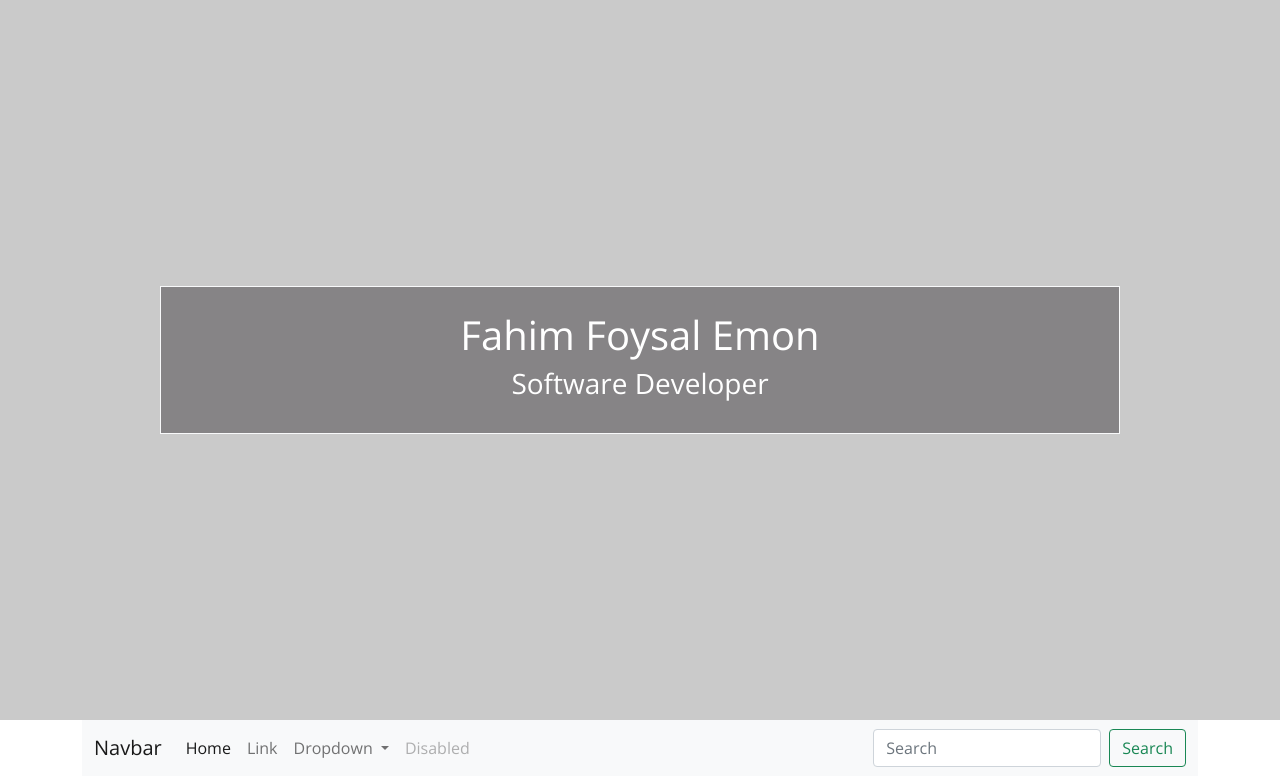
Repository: emowzz/emowzz.github.io
Page: index.html
These files come from the project's save history. The page is drawn as it stood at one moment and after the next save; the edit follows.
The browser window is 1280 px wide. The pictures show the whole page.
Some web libraries are served in a nearby version.

Above is the page before, as saved 2021-03-17 17:44:57.

### index.html
<!doctype html>
<html lang="en">
  <head>
    <!-- Required meta tags -->
    <meta charset="utf-8">
    <meta name="viewport" content="width=device-width, initial-scale=1">
    <link rel="shortcut icon" type="image/png" href="./Image/myImgZoom.jpg">
    <!-- Bootstrap CSS -->
    <link href="https://cdn.jsdelivr.net/npm/bootstrap@5.0.0-beta2/dist/css/bootstrap.min.css" rel="stylesheet" integrity="sha384-BmbxuPwQa2lc/FVzBcNJ7UAyJxM6wuqIj61tLrc4wSX0szH/Ev+nYRRuWlolflfl" crossorigin="anonymous">
    <link rel="preconnect" href="https://fonts.gstatic.com">
    <link href="https://fonts.googleapis.com/css2?family=Open+Sans:wght@300&display=swap" rel="stylesheet">
    <link rel="stylesheet" href="./CSS/style.css">


    <title>Hi There, I'm Fahim Foysal Emon!</title>

    <script src="https://kit.fontawesome.com/a076d05399.js" crossorigin="anonymous"></script>
  </head>
  <body>

    <!-- this is banner section -->
    <section class="banner-container container-fluid">
      <div class="row vh-100">
        <div class="col-md-9 banner-column m-auto text-center text-white p-4 border border-light">
            <h1 class="display:4 font-weight:bolder">Fahim Foysal Emon</h1>
            <h3>Software Developer</h3>
        </div>
      </div>
    </section>

    <!-- this is nav-bar section -->
    <div class="container">
      <nav class="navbar navbar-expand-lg navbar-light bg-light">
        <div class="container-fluid">
          <a class="navbar-brand" href="#">Navbar</a>
          <button class="navbar-toggler" type="button" data-bs-toggle="collapse" data-bs-target="#navbarSupportedContent" aria-controls="navbarSupportedContent" aria-expanded="false" aria-label="Toggle navigation">
            <span class="navbar-toggler-icon"></span>
          </button>
          <div class="collapse navbar-collapse" id="navbarSupportedContent">
            <ul class="navbar-nav me-auto mb-2 mb-lg-0">
              <li class="nav-item">
                <a class="nav-link active" aria-current="page" href="#">Home</a>
              </li>
              <li class="nav-item">
                <a class="nav-link" href="#">Link</a>
              </li>
              <li class="nav-item dropdown">
                <a class="nav-link dropdown-toggle" href="#" id="navbarDropdown" role="button" data-bs-toggle="dropdown" aria-expanded="false">
                  Dropdown
                </a>
                <ul class="dropdown-menu" aria-labelledby="navbarDropdown">
                  <li><a class="dropdown-item" href="#">Action</a></li>
                  <li><a class="dropdown-item" href="#">Another action</a></li>
                  <li><hr class="dropdown-divider"></li>
                  <li><a class="dropdown-item" href="#">Something else here</a></li>
                </ul>
              </li>
              <li class="nav-item">
                <a class="nav-link disabled" href="#" tabindex="-1" aria-disabled="true">Disabled</a>
              </li>
            </ul>
            <form class="d-flex">
              <input class="form-control me-2" type="search" placeholder="Search" aria-label="Search">
              <button class="btn btn-outline-success" type="submit">Search</button>
            </form>
          </div>
        </div>
      </nav>
    </div>

    <!-- Optional JavaScript; choose one of the two! -->

    <!-- Option 1: Bootstrap Bundle with Popper -->
    <script src="https://cdn.jsdelivr.net/npm/bootstrap@5.0.0-beta2/dist/js/bootstrap.bundle.min.js" integrity="sha384-b5kHyXgcpbZJO/tY9Ul7kGkf1S0CWuKcCD38l8YkeH8z8QjE0GmW1gYU5S9FOnJ0" crossorigin="anonymous"></script>

    <!-- Option 2: Separate Popper and Bootstrap JS -->
    <!--
    <script src="https://cdn.jsdelivr.net/npm/@popperjs/core@2.6.0/dist/umd/popper.min.js" integrity="sha384-KsvD1yqQ1/1+IA7gi3P0tyJcT3vR+NdBTt13hSJ2lnve8agRGXTTyNaBYmCR/Nwi" crossorigin="anonymous"></script>
    <script src="https://cdn.jsdelivr.net/npm/bootstrap@5.0.0-beta2/dist/js/bootstrap.min.js" integrity="sha384-nsg8ua9HAw1y0W1btsyWgBklPnCUAFLuTMS2G72MMONqmOymq585AcH49TLBQObG" crossorigin="anonymous"></script>
    -->
  </body>
</html>

### CSS/style.css
body {
    font-family: 'Open Sans', sans-serif;
}


.banner-container {
    background-color: #CACACA;
}

.banner-column {
    background-color: #868486;
}

After the next save:
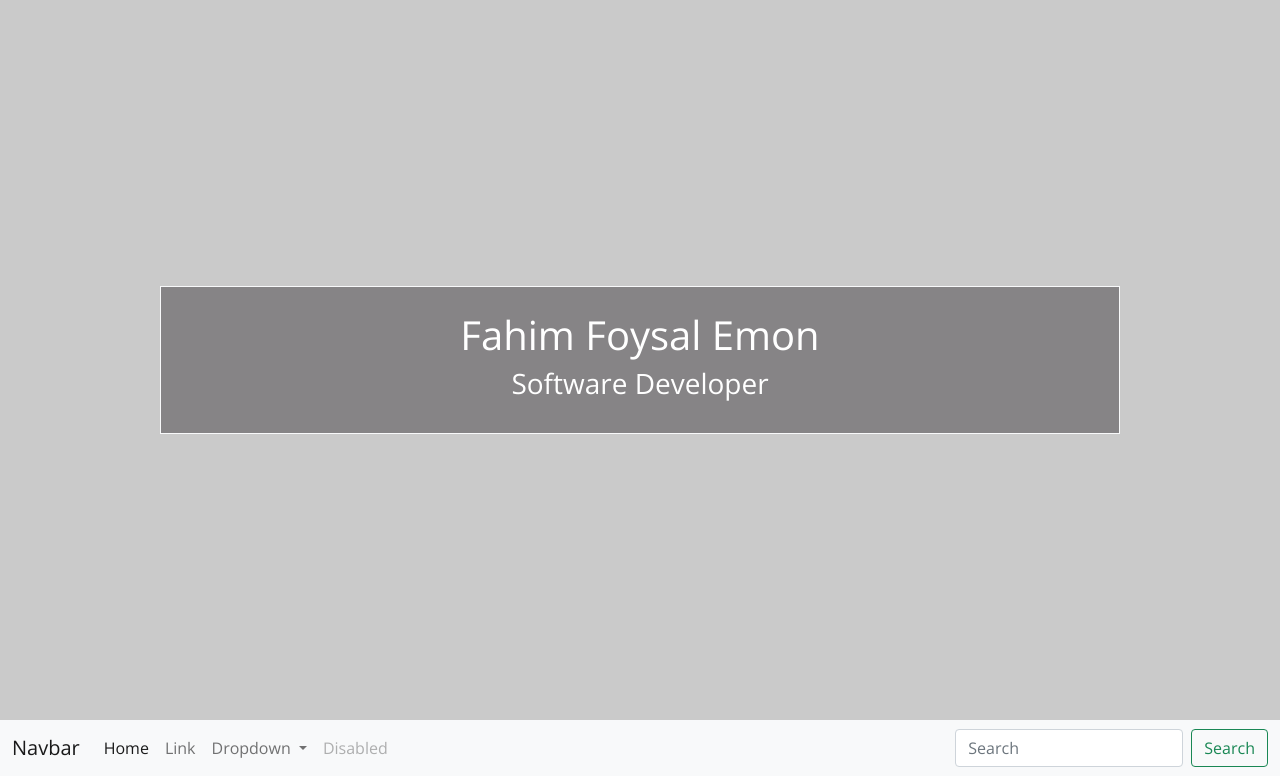
Saved 69 s later.
--- a/index.html
+++ b/index.html
@@ -29,44 +29,42 @@
     </section>
 
     <!-- this is nav-bar section -->
-    <div class="container">
-      <nav class="navbar navbar-expand-lg navbar-light bg-light">
-        <div class="container-fluid">
-          <a class="navbar-brand" href="#">Navbar</a>
-          <button class="navbar-toggler" type="button" data-bs-toggle="collapse" data-bs-target="#navbarSupportedContent" aria-controls="navbarSupportedContent" aria-expanded="false" aria-label="Toggle navigation">
-            <span class="navbar-toggler-icon"></span>
-          </button>
-          <div class="collapse navbar-collapse" id="navbarSupportedContent">
-            <ul class="navbar-nav me-auto mb-2 mb-lg-0">
-              <li class="nav-item">
-                <a class="nav-link active" aria-current="page" href="#">Home</a>
-              </li>
-              <li class="nav-item">
-                <a class="nav-link" href="#">Link</a>
-              </li>
-              <li class="nav-item dropdown">
-                <a class="nav-link dropdown-toggle" href="#" id="navbarDropdown" role="button" data-bs-toggle="dropdown" aria-expanded="false">
-                  Dropdown
-                </a>
-                <ul class="dropdown-menu" aria-labelledby="navbarDropdown">
-                  <li><a class="dropdown-item" href="#">Action</a></li>
-                  <li><a class="dropdown-item" href="#">Another action</a></li>
-                  <li><hr class="dropdown-divider"></li>
-                  <li><a class="dropdown-item" href="#">Something else here</a></li>
-                </ul>
-              </li>
-              <li class="nav-item">
-                <a class="nav-link disabled" href="#" tabindex="-1" aria-disabled="true">Disabled</a>
-              </li>
-            </ul>
-            <form class="d-flex">
-              <input class="form-control me-2" type="search" placeholder="Search" aria-label="Search">
-              <button class="btn btn-outline-success" type="submit">Search</button>
-            </form>
-          </div>
+    <nav class="navbar navbar-expand-lg navbar-light bg-light">
+      <div class="container-fluid">
+        <a class="navbar-brand" href="#">Navbar</a>
+        <button class="navbar-toggler" type="button" data-bs-toggle="collapse" data-bs-target="#navbarSupportedContent" aria-controls="navbarSupportedContent" aria-expanded="false" aria-label="Toggle navigation">
+          <span class="navbar-toggler-icon"></span>
+        </button>
+        <div class="collapse navbar-collapse" id="navbarSupportedContent">
+          <ul class="navbar-nav me-auto mb-2 mb-lg-0">
+            <li class="nav-item">
+              <a class="nav-link active" aria-current="page" href="#">Home</a>
+            </li>
+            <li class="nav-item">
+              <a class="nav-link" href="#">Link</a>
+            </li>
+            <li class="nav-item dropdown">
+              <a class="nav-link dropdown-toggle" href="#" id="navbarDropdown" role="button" data-bs-toggle="dropdown" aria-expanded="false">
+                Dropdown
+              </a>
+              <ul class="dropdown-menu" aria-labelledby="navbarDropdown">
+                <li><a class="dropdown-item" href="#">Action</a></li>
+                <li><a class="dropdown-item" href="#">Another action</a></li>
+                <li><hr class="dropdown-divider"></li>
+                <li><a class="dropdown-item" href="#">Something else here</a></li>
+              </ul>
+            </li>
+            <li class="nav-item">
+              <a class="nav-link disabled" href="#" tabindex="-1" aria-disabled="true">Disabled</a>
+            </li>
+          </ul>
+          <form class="d-flex">
+            <input class="form-control me-2" type="search" placeholder="Search" aria-label="Search">
+            <button class="btn btn-outline-success" type="submit">Search</button>
+          </form>
         </div>
-      </nav>
-    </div>
+      </div>
+    </nav>
 
     <!-- Optional JavaScript; choose one of the two! -->
 
